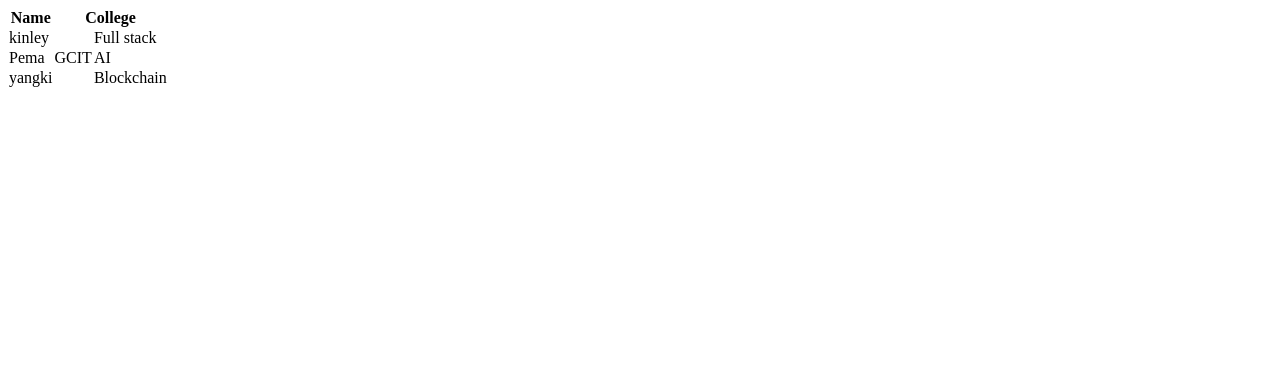
Repository: Pema-yangki/Css
Page: fed.html
An editor plug-in stored every save of this project. The page is shown before and after the next save, followed by the edit.
The browser window is 1280 px wide. The pictures show the whole page.

Above is the page before, as saved 2024-03-15 14:34:44.

### fed.html
<!DOCTYPE html>
<html lang="en">
<head>
    <meta charset="UTF-8">
    <meta name="viewport" content="width=device-width, initial-scale=1.0">
    <title>Document</title>
    <!-- <style>
        h1[name="greetings"]{
            color: brown;
        }
        h1[name ="king"]{
            color:aqua
        }
        h1[name="okay"]{
            color:blueviolet
        }
    </style> -->
    <style>
        table{
            border: 1px solid black;
            border-collapse: separate;
            border-spacing: 50px;
        }

        table, th, td{
            border: 1px;
            border-collapse: collapse;
        }
    </style>
</head>
<body>
   <!-- <h1 name = "greetings">hello</h1>
   <h1 name = "king" >hi</h1>
   <h1 name = "okay">bye</h1> -->
   <table>
    <tr>
        <th>Name</th>
        <th colspan="2">College</th>
    </tr>
    <tr>
        <td>kinley</td>
        <td rowspan="3">GCIT</td>
        <td>Full stack</td>
    </tr>
    <tr>
        <td>Pema</td>
        <td>AI</td>
    </tr>
    <tr>
        <td>yangki</td>
        <td>Blockchain</td>
    </tr>

   </table>
</body>
</html>

After the next save:
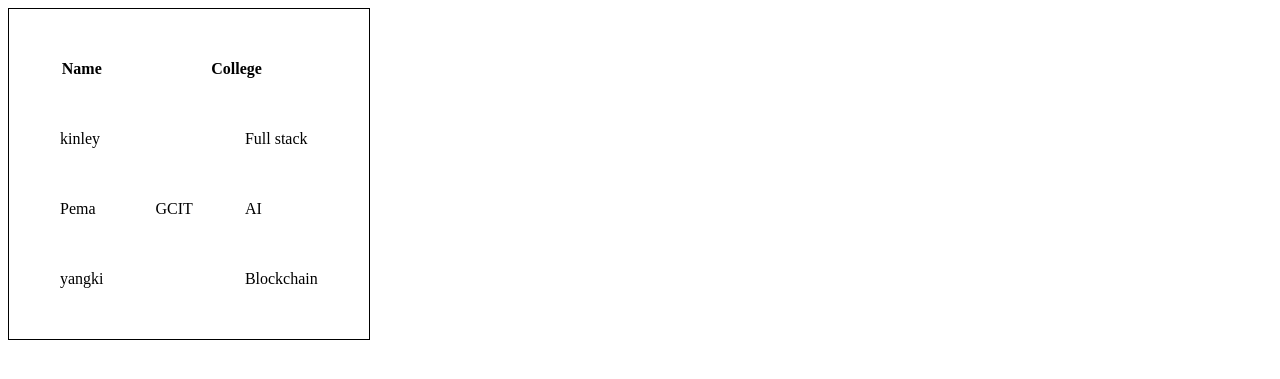
Saved 12 s later.
--- a/fed.html
+++ b/fed.html
@@ -22,10 +22,10 @@
             border-spacing: 50px;
         }
 
-        table, th, td{
+        /* table, th, td{
             border: 1px;
             border-collapse: collapse;
-        }
+        } */
     </style>
 </head>
 <body>

After the save that followed:
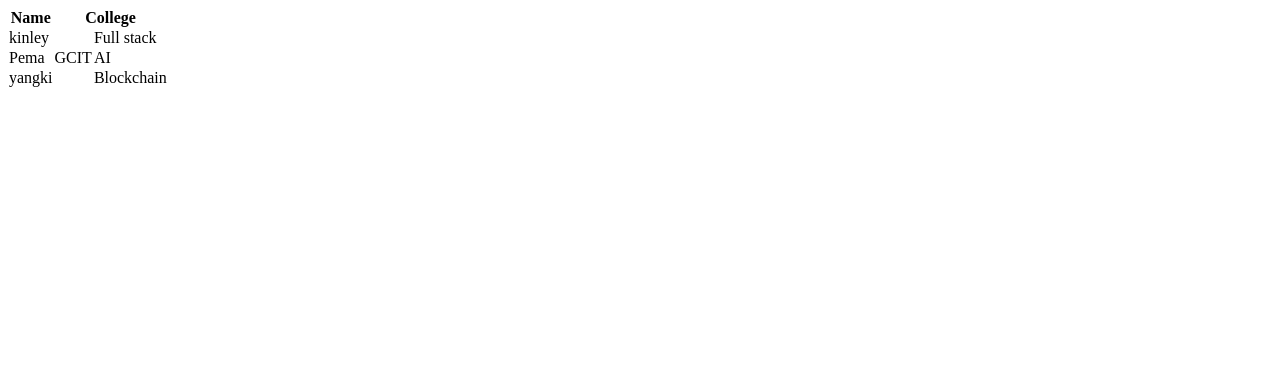
Saved 33 s later.
--- a/fed.html
+++ b/fed.html
@@ -22,10 +22,10 @@
             border-spacing: 50px;
         }
 
-        /* table, th, td{
+        table, th, td{
             border: 1px;
             border-collapse: collapse;
-        } */
+        }
     </style>
 </head>
 <body>
